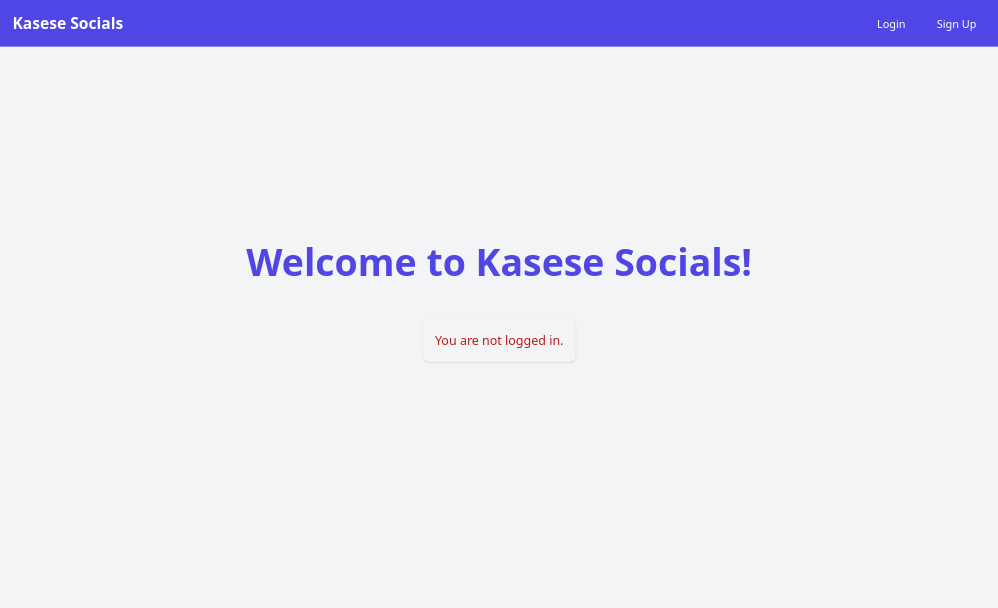
Repository: gkintu/odin-kasese-socials
Page: /
These files come from the project's save history. The page is drawn as it stood at one moment and after the next save; the edit follows.
The browser window is 1280 px wide. The pictures show the whole page, at 78% of full size.
The project was rebuilt for these pictures with package versions that can differ from the ones it lists, and the page was loaded fresh each time. The framework's server and built-in components were replaced by stand-ins that run in the browser. Also part of the build but not shown: next.config.ts.

Above is the page before, as saved 2025-05-12 07:49:50.

### src/app/layout.tsx
import type { Metadata } from 'next';
import { Geist, Geist_Mono } from 'next/font/google';
import './globals.css';
import Navbar from '@/components/layout/Navbar'; // Import our Navbar component

const geistSans = Geist({
  variable: '--font-geist-sans',
  subsets: ['latin'],
});

const geistMono = Geist_Mono({
  variable: '--font-geist-mono',
  subsets: ['latin'],
});

export const metadata: Metadata = {
  title: 'Kasese Socials', // Application title
  description: 'Connect and share with your community.', // Application description
};

export default function RootLayout({
  children,
}: Readonly<{
  children: React.ReactNode;
}>) {
  return (
    <html lang="en">
      <body className={`${geistSans.variable} ${geistMono.variable}`}>
        {/* Render the Navbar at the top of every page */}
        <Navbar />
        {/* Main content area for pages */}
        <main>{children}</main>
        {/* You could add a Footer component here later */}
      </body>
    </html>
  );
}

### src/app/page.tsx
// src/app/page.tsx (example modification)
import Image from 'next/image';
import AuthStatusDisplay from '@/components/Auth/AuthStatusDisplay';

export default function Home() {
  return (
    <main className="flex min-h-screen flex-col items-center justify-center p-24 bg-gray-100">
      <div className="z-10 max-w-5xl w-full items-center justify-between font-mono text-sm lg:flex">
        {/*... existing content... */}
      </div>

      {/* Let's add a more prominent Kasese Socials welcome message */}
      <div className="relative flex place-items-center before:absolute before:h-[300px] before:w-full sm:before:w-[480px] before:-translate-x-1/2 before:rounded-full before:bg-gradient-radial before:from-white before:to-transparent before:blur-2xl before:content-[''] after:absolute after:-z-20 after:h-[180px] after:w-full sm:after:w-[240px] after:translate-x-1/3 after:bg-gradient-conic after:from-sky-200 after:via-blue-200 after:blur-2xl after:content-[''] before:dark:bg-gradient-to-br before:dark:from-transparent before:dark:to-blue-700 before:dark:opacity-10 after:dark:from-sky-900 after:dark:via-[#0141ff] after:dark:opacity-40 before:lg:h-[360px]">
        <h1 className="text-5xl font-bold text-indigo-600 hover:text-indigo-800 transition-colors">
          Welcome to Kasese Socials!
        </h1>
      </div>

      {/* Add the AuthStatusDisplay component here for demonstration */}
      <div className="mt-12">
        <AuthStatusDisplay />
      </div>

      {/* You can remove or modify the default Next.js links/cards below if you wish */}
      <div className="mb-32 mt-16 grid text-center lg:max-w-5xl lg:w-full lg:mb-0 lg:grid-cols-4 lg:text-left">
        {/*... existing content... */}
      </div>
    </main>
  );
}

### src/components/layout/Navbar.tsx
// src/components/layout/Navbar.tsx
'use client'; // This component uses client-side hooks (useAuthStore)

import React from 'react';
import Link from 'next/link'; // For client-side navigation
import { useAuthStore } from '@/lib/store/authStore'; // Our Zustand auth store

const Navbar: React.FC = () => {
  // Get authentication state and actions from the store
  const { isAuthenticated, userEmail, logout } = useAuthStore();

  // Handler for the logout button
  const handleLogout = () => {
    logout(); // Call the logout action from the store
    // Optionally, redirect the user or show a notification
    // For now, the store handles state change, and alert was in previous component
  };

  return (
    // Basic navbar styling with Tailwind CSS
    <nav className="bg-indigo-600 text-white p-4 shadow-md">
      <div className="container mx-auto flex justify-between items-center">
        {/* Logo/Brand Name - links to homepage */}
        <Link href="/" className="text-xl font-bold hover:text-indigo-200">
          Kasese Socials
        </Link>

        {/* Navigation links based on authentication state */}
        <div className="space-x-4">
          {isAuthenticated ? (
            // If authenticated, show user email and Logout button
            <>
              {userEmail && (
                // Display user's email
                <span className="mr-4">Welcome, {userEmail}</span>
              )}
              {/* Logout button */}
              <button
                onClick={handleLogout}
                className="px-3 py-2 rounded-md text-sm font-medium hover:bg-indigo-700 focus:outline-none focus:ring-2 focus:ring-offset-2 focus:ring-offset-indigo-600 focus:ring-white"
              >
                Logout
              </button>
              {/* Optionally, add a link to a dashboard or profile */}
              <Link
                href="/dashboard"
                className="px-3 py-2 rounded-md text-sm font-medium hover:bg-indigo-700"
              >
                Dashboard
              </Link>
            </>
          ) : (
            // If not authenticated, show Login and Sign Up links
            <>
              <Link
                href="/login"
                className="px-3 py-2 rounded-md text-sm font-medium hover:bg-indigo-700"
              >
                Login
              </Link>
              <Link
                href="/signup"
                className="px-3 py-2 rounded-md text-sm font-medium hover:bg-indigo-700"
              >
                Sign Up
              </Link>
            </>
          )}
        </div>
      </div>
    </nav>
  );
};

export default Navbar;

### src/components/Auth/AuthStatusDisplay.tsx
// src/components/Auth/AuthStatusDisplay.tsx
'use client'; // This component uses client-side hooks from Zustand

import React from 'react';
import { useAuthStore } from '@/lib/store/authStore'; // Adjust path as needed

const AuthStatusDisplay: React.FC = () => {
  // Subscribe to auth state from Zustand store
  const { isAuthenticated, userEmail, logout, isLoading } = useAuthStore();

  // Handler for logout button click
  const handleLogout = () => {
    logout(); // Call the logout action from the store
    alert('You have been logged out.'); // Provide feedback
  };

  // If still loading initial auth state or during login, show loading
  if (isLoading && !isAuthenticated) {
    // Check !isAuthenticated to avoid showing "Loading..." if already logged in and something else loads
    return (
      <div className="p-4 text-sm text-gray-600">Loading auth status...</div>
    );
  }

  return (
    <div className="p-4 bg-gray-100 rounded-lg shadow">
      {isAuthenticated ? (
        // If authenticated, show welcome message and logout button
        <div>
          <p className="text-green-700">Welcome, {userEmail}!</p>
          <button
            onClick={handleLogout}
            className="mt-2 px-4 py-2 bg-red-500 text-white rounded hover:bg-red-600"
          >
            Logout
          </button>
        </div>
      ) : (
        // If not authenticated, show login prompt
        <p className="text-red-700">You are not logged in.</p>
        // We would typically have a "Login" link/button here that navigates to /login
      )}
    </div>
  );
};

export default AuthStatusDisplay;

### src/lib/store/authStore.ts
// src/lib/store/authStore.ts
import { create } from 'zustand'; // Import the create function from Zustand

// Define the interface for the authentication state
interface AuthState {
  isAuthenticated: boolean; // Is the user currently authenticated?
  userEmail: string | null; // Email of the authenticated user, or null if not logged in
  isLoading: boolean; // Is an authentication request (e.g., login) in progress?
  error: string | null; // Stores any authentication error messages
  loginRequest: () => void; // Action to set loading state for login
  loginSuccess: (email: string) => void; // Action to handle successful login
  loginFailure: (errorMessage: string) => void; // Action to handle failed login
  logout: () => void; // Action to handle user logout
}

// Create the Zustand store for authentication
export const useAuthStore = create<AuthState>((set) => ({
  // Initial state values
  isAuthenticated: false, // User is not authenticated initially
  userEmail: null, // No user email initially
  isLoading: false, // Not loading initially
  error: null, // No error initially

  // Action to indicate a login attempt has started
  loginRequest: () => set({ isLoading: true, error: null }),

  // Action to handle successful login
  // Sets isAuthenticated to true, stores userEmail, and resets isLoading
  loginSuccess: (email) =>
    set({
      isAuthenticated: true,
      userEmail: email,
      isLoading: false,
      error: null,
    }),

  // Action to handle failed login
  // Sets isAuthenticated to false, stores the error message, and resets isLoading
  loginFailure: (errorMessage) =>
    set({
      isAuthenticated: false,
      userEmail: null,
      isLoading: false,
      error: errorMessage,
    }),

  // Action to handle user logout
  // Resets isAuthenticated and userEmail to their initial states
  logout: () =>
    set({
      isAuthenticated: false,
      userEmail: null,
      isLoading: false,
      error: null,
    }),
}));

### tailwind.config.js
// tailwind.config.js
/** @type {import('tailwindcss').Config} */
module.exports = {
  content: [
    './src/app/**/*.{js,ts,jsx,tsx,mdx}',
    './src/components/**/*.{js,ts,jsx,tsx,mdx}',
    // If you plan to have components in other directories, like a 'features' folder, add them here:
    // "./src/features/**/*.{js,ts,jsx,tsx,mdx}",
  ],
  theme: {
    extend: {},
  },
  plugins: [],
};

Loaded but not shown: src/app/globals.css (common file)

After the next save:
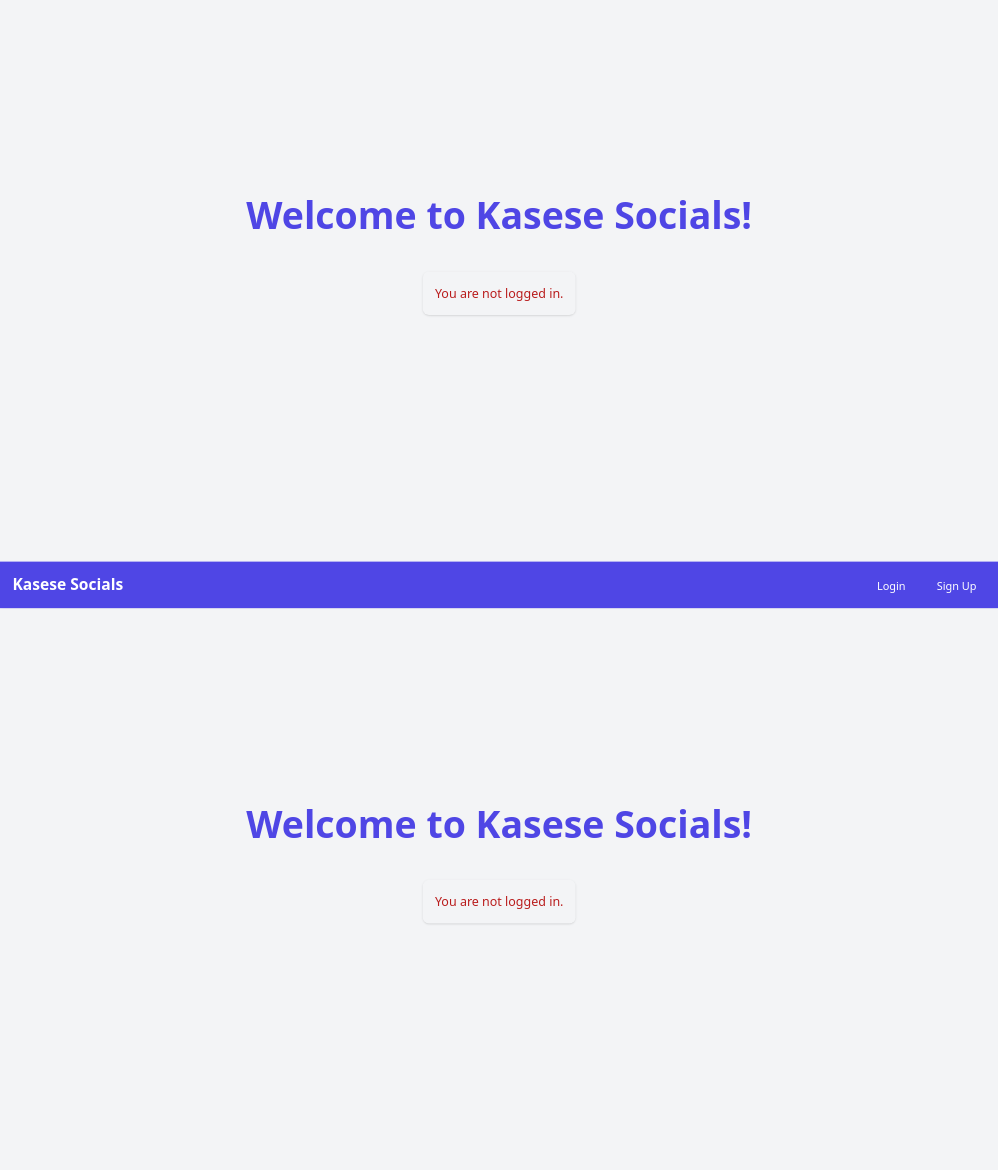
Saved 4 min 59 s later.
--- a/src/app/layout.tsx
+++ b/src/app/layout.tsx
@@ -27,6 +27,7 @@
     <html lang="en">
       <body className={`${geistSans.variable} ${geistMono.variable}`}>
         {/* Render the Navbar at the top of every page */}
+        <main>{children}</main>
         <Navbar />
         {/* Main content area for pages */}
         <main>{children}</main>

After the save that followed:
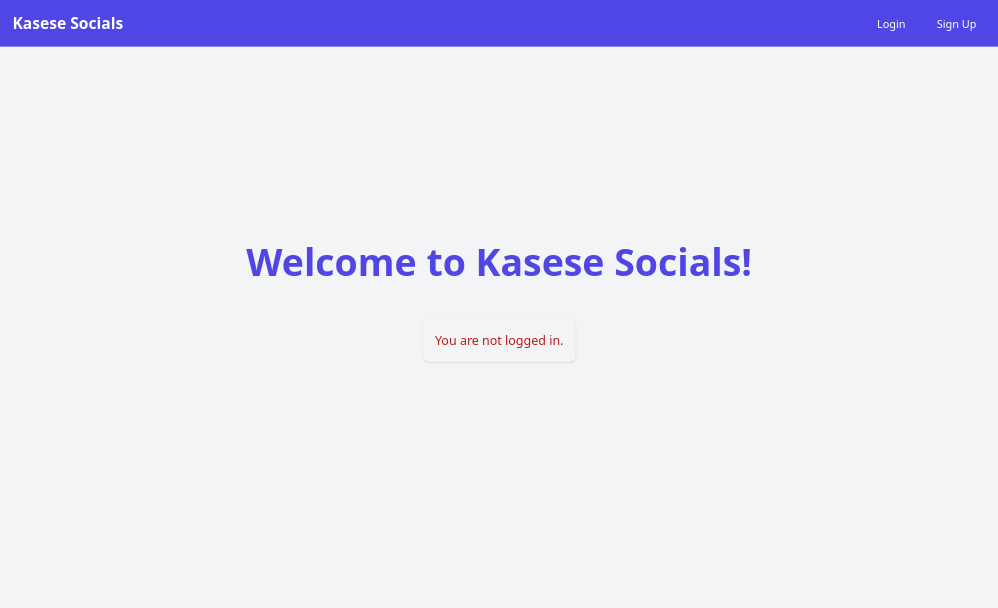
Saved 11 s later.
--- a/src/app/layout.tsx
+++ b/src/app/layout.tsx
@@ -27,7 +27,6 @@
     <html lang="en">
       <body className={`${geistSans.variable} ${geistMono.variable}`}>
         {/* Render the Navbar at the top of every page */}
-        <main>{children}</main>
         <Navbar />
         {/* Main content area for pages */}
         <main>{children}</main>
